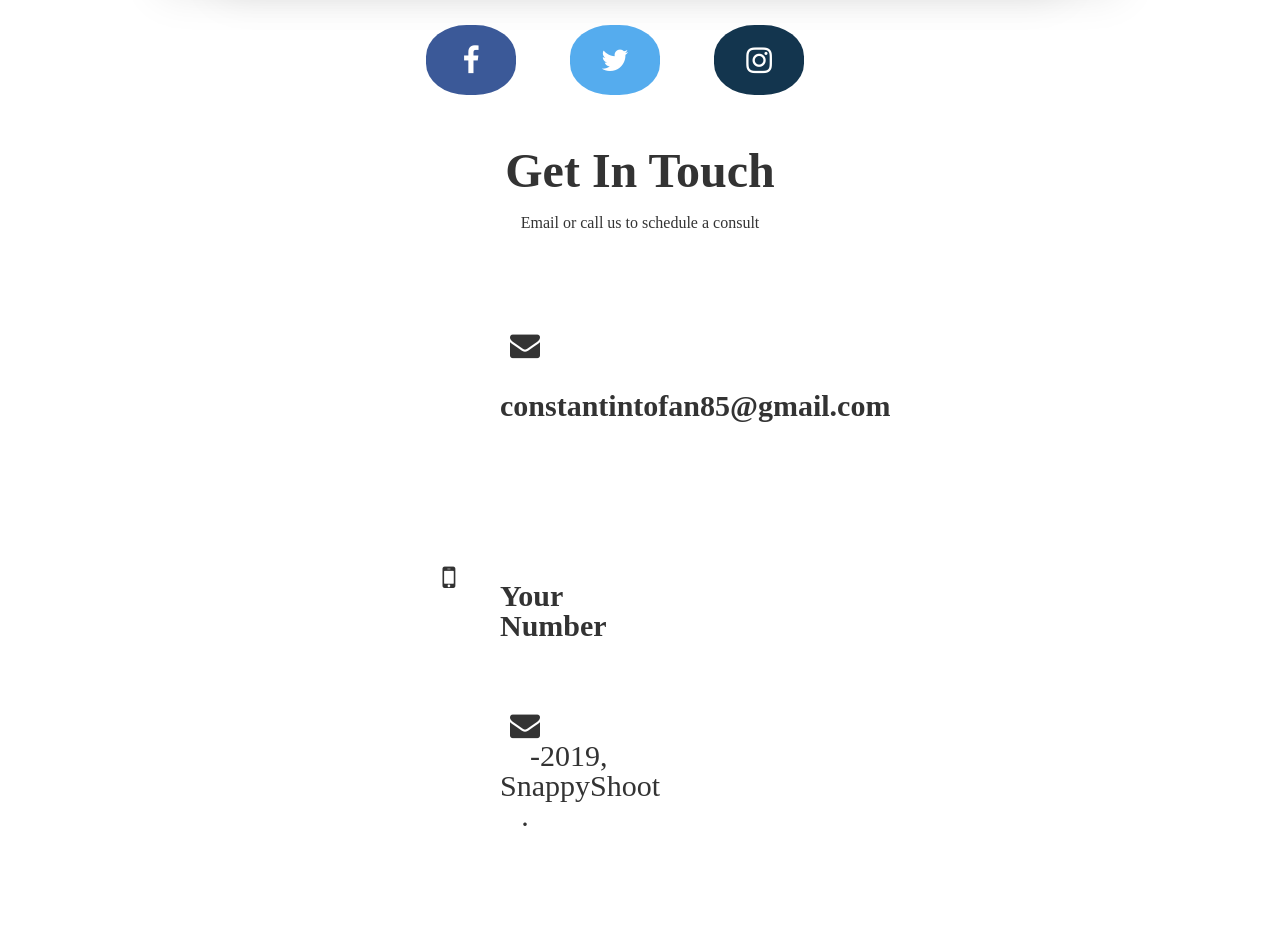
Repository: konstantin0s/mobile-photography
Page: index.html
These files come from the project's save history. The page is drawn as it stood at one moment and after the next save; the edit follows.
The browser window is 1280 px wide. The pictures show the part of the page from y = 4242 to 5194 px (the page is 5194 px tall before and 4824 px after).

Above is the page before, as saved 2019-05-16 20:32:46.

### index.html
<!DOCTYPE html>
<html lang="en" dir="ltr">
  <head>
    <meta charset="utf-8">
    <meta name="viewport" content="width=device-width, initial-scale=1.0">
    <meta http-equiv="X-UA-Compatible" content="ie=edge">
    <link rel="stylesheet" href="https://cdnjs.cloudflare.com/ajax/libs/font-awesome/4.7.0/css/font-awesome.min.css">
    <link rel="stylesheet" href="css/style.css">

    <title>Mobile Photography</title>
  </head>
  <body>
<main>
  <div id="landing" class="">
    <div id="landing-text" class="">
      <div id="landing-text-inner" class="">
       <img id="logo" src="img/snapp.png" />
       <h1>Photography</h1>
        <a href="#images" class="btn" id="view-work">
          View Work
        </a>
      </div>
    </div>
    <div id="landing-image" class="">

    </div>
  </div>

  <div id="images" class="">
<div id="header">
  <h2>Our Work</h2>
</div>
<img src="https://source.unsplash.com/1600x900/?nature,water" alt="">
<div class="caption">
  <h3>Photo One</h3>
  <p>
    Lorem ipsum dolor sit amet, consectetur adipisicing elit, sed do eiusmod tempor incididunt ut labore et dolore magna aliqua. Ut enim ad minim veniam, quis nostrud exercitation ullamco laboris nisi ut aliquip ex ea commodo consequat. Duis aute irure dolor in reprehenderit in voluptate velit esse cillum dolore eu fugiat nulla pariatur. Excepteur sint occaecat cupidatat non proident, sunt in culpa qui officia deserunt mollit anim id est laborum.

  </p>
</div>

<img src="https://source.unsplash.com/1600x900/?nature,clouds" alt="">
<div class="caption">
  <h3>Photo Two</h3>
  <p>
    Lorem ipsum dolor sit amet, consectetur adipisicing elit, sed do eiusmod tempor incididunt ut labore et dolore magna aliqua. Ut enim ad minim veniam, quis nostrud exercitation ullamco laboris nisi ut aliquip ex ea commodo consequat. Duis aute irure dolor in reprehenderit in voluptate velit esse cillum dolore eu fugiat nulla pariatur. Excepteur sint occaecat cupidatat non proident, sunt in culpa qui officia deserunt mollit anim id est laborum.

  </p>
</div>

<img src="https://source.unsplash.com/1600x900/?nature,animals" alt="">
<div class="caption">
  <h3>Photo Three</h3>
  <p>
    Lorem ipsum dolor sit amet, consectetur adipisicing elit, sed do eiusmod tempor incididunt ut labore et dolore magna aliqua. Ut enim ad minim veniam, quis nostrud exercitation ullamco laboris nisi ut aliquip ex ea commodo consequat. Duis aute irure dolor in reprehenderit in voluptate velit esse cillum dolore eu fugiat nulla pariatur. Excepteur sint occaecat cupidatat non proident, sunt in culpa qui officia deserunt mollit anim id est laborum.

  </p>
</div>

<img src="https://source.unsplash.com/1600x900/?nature,trees" alt="">
<div class="caption">
  <h3>Photo Four/h3>
  <p>
    Lorem ipsum dolor sit amet, consectetur adipisicing elit, sed do eiusmod tempor incididunt ut labore et dolore magna aliqua. Ut enim ad minim veniam, quis nostrud exercitation ullamco laboris nisi ut aliquip ex ea commodo consequat. Duis aute irure dolor in reprehenderit in voluptate velit esse cillum dolore eu fugiat nulla pariatur. Excepteur sint occaecat cupidatat non proident, sunt in culpa qui officia deserunt mollit anim id est laborum.

  </p>
</div>

<img src="https://source.unsplash.com/1600x900/?nature,flowers" alt="">
<div class="caption">
  <h3>Photo Five</h3>
  <p>
    Lorem ipsum dolor sit amet, consectetur adipisicing elit, sed do eiusmod tempor incididunt ut labore et dolore magna aliqua. Ut enim ad minim veniam, quis nostrud exercitation ullamco laboris nisi ut aliquip ex ea commodo consequat. Duis aute irure dolor in reprehenderit in voluptate velit esse cillum dolore eu fugiat nulla pariatur. Excepteur sint occaecat cupidatat non proident, sunt in culpa qui officia deserunt mollit anim id est laborum.

  </p>
</div>

  </div>

</main>

<footer>
   <div class="socialIcon">
      <a href="https://www.facebook.com/konstantine.tofan" target="_blank" class="fa fa-facebook"></a>
    <a href="https://twitter.com/konstofan" target="_blank" class="fa fa-twitter"></a>
    <a href="https://www.instagram.com/allwaysunny/" target="_blank" class="fa fa-instagram"></a>
   </div>

  <h3>Get In Touch</h3>
  <p>Email or call us to schedule a consult</p>
 <div class="container">
    <i class="fa fa-envelope fa-5x" aria-hidden="true"></i<br />
      <p><strong>constantintofan85@gmail.com</strong>
    </p> <br />
    <i class="fa fa-mobile fa-5x" aria-hidden="true"></i>
     <p> <strong>Your Number</strong></p>
 </div>
 &copy;<script>new Date().getFullYear()>2010&&document.write("-"+new Date().getFullYear());</script>, SnappyShoot .
</footer>
<script
src="https://code.jquery.com/jquery-3.3.1.min.js"
integrity="sha256-FgpCb/KJQlLNfOu91ta32o/NMZxltwRo8QtmkMRdAu8="
crossorigin="anonymous"></script>
<script type="text/javascript" src="js/main.js">

</script>
  </body>
</html>

### css/style.css
import url('https://fonts.googleapis.com/css?family=Open+Sans');

body {
  font-family: 'Open Sans', sans-serif;
  margin: 0;
  background-color: #eee;
  height: auto;
}

h1{
  font-weight: 400;
  font-size: 2.5rem;
  text-transform: uppercase;
  margin: 0;
  border-bottom: 1px solid black;
  top: -90px;
  position: relative;
}

h2 {
  font-weight: 400;
  font-size: 1.2rem;
  text-transform: capitalize;
  margin: 0;
}

img {
  display: block;
  width: 100%;
}

#logo {
  top: -80px;
  position: relative;
}

main {
  max-width: 900px;
  margin: auto;
  box-shadow: 30px 0px 40px rgba(0,0,0,0.1), -30px 0px 40px rgba(0,0,0,0.1);
}

#landing {
  background: #fff;
  }

#landing-text {
display: flex;
flex: 0 1 40vw;
height: 50vh;
justify-content: center;
align-items: center;
text-align: center;
padding-right: 1rem;
padding-left: 1rem;
}

#landing-text h2 {
  color: #888;
}
.btn {
  padding: 0.5rem 2rem;
  border: 1px #ccc solid;
  display: inline-block;
  margin: 2rem 0 0;
  border-radius: 50px;
  text-decoration: none;
  color: #333;
  transition: background 500ms ease;
}

#landing-image {
  background: url(https://source.unsplash.com/De8wMYoSSBc);
  background-position: center;
  background-size: cover;
  background-repeat: no-repeat;
  height: 50vh;
  flex: 0 1 60vw;
  margin: 0;
}

.btn:hover {
  background: #f4f4f4;
}

#header {
  padding: 1.5rem;
  text-align: center;
  background: #333;
  color: #fff;
}

#header h2 {
  border-left: dotted 1px #fff;
  border-right: dotted 1px #fff;
display: inline-block;
padding-right: 1rem;
padding-left: 1rem;
}

.caption {
  padding: 0.8rem;
  text-align: center;
}

footer {
  text-align: center;
  padding: 2rem 1rem;
  margin: auto;
  color: #333;
}

footer h3 {
  font-size: 3rem;
  margin-bottom: 0;
}

.fa {
  padding: 20px;
  margin-right: 50px;
  font-size: 30px;
  width: 50px;
  text-align: center;
  text-decoration: none;
  border-radius: 45%;
}

/* Add a hover effect if you want */
.fa:hover {
  opacity: 0.7;
}

/* Set a specific color for each brand */

/* Facebook */
.fa-facebook {
  background: #3B5998;
  color: white;
}

/* Twitter */
.fa-twitter {
  background: #55ACEE;
  color: white;
}

/* Instagram */
.fa-instagram {
  background: rgb(19, 53, 78);
  color: white;
}

/* Email & Phone*/

.fa-envelope {
  position: relative;
  left:-90px;
 top: 62px;
}

.fa-mobile {
  position: relative;
  left:-96px;
 top: 62px;
}

.container {
  display: flex;
 flex-direction: column;
 justify-content: space-evenly;
 align-items: center;
}

/* Screen size 500px and up*/
@media(min-width: 500px) {
  #landing {
    display: flex;
    height: 100%;
  }
  #landing-text {
    height: 100vh;
  }
  #landing-image {
    height: 100vh;
  }
}

/* Screen size 700px and up*/
@media(min-width: 700px) {
  .btn {
    padding: 1rem 3rem;
  }
}

/* Screen size 500px and up*/
@media(max-width: 500px) {
  .btn {
    padding: 1rem 3rem;
  }


  #logo {
    display: flex;
    width: 200px;
    height: 150px;
    flex-direction: column;
    top: -30px;
    position: relative;
  }

  h1 {

    flex-direction: column;
    top: -20px;
  font-size: 28px;
  border-bottom: 1px solid black;
  }

  .fa {
    padding: 15px;
    margin-right: 80px;
    font-size: 50px;
    width: 35px;
    text-align: center;
    text-decoration: none;
    border-radius: 35%;
  }
  .socialIcon {
    display: flex;
    justify-content: space-around;
    flex-direction: row;
    width: 100%;

    position: relative;
    top: 20px;
    left: 40px;
  }


}

### js/main.js
//animate smooth scroll
$('#view-work').on('click', function() {
  const images = $('#images').position().top;

  $('html, body').animate({
    scrollTop: images
  }, 900)
});

After the next save:
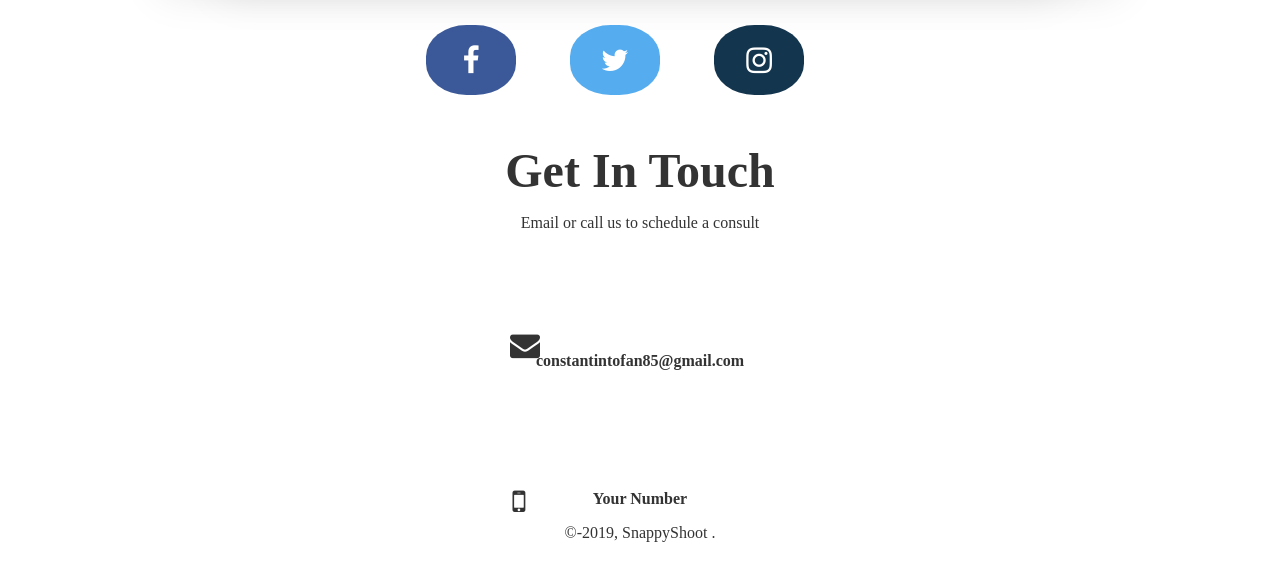
Saved 24 s later.
--- a/index.html
+++ b/index.html
@@ -89,7 +89,7 @@
   <h3>Get In Touch</h3>
   <p>Email or call us to schedule a consult</p>
  <div class="container">
-    <i class="fa fa-envelope fa-5x" aria-hidden="true"></i<br />
+    <i class="fa fa-envelope fa-5x" aria-hidden="true"></i> <br />
       <p><strong>constantintofan85@gmail.com</strong>
     </p> <br />
     <i class="fa fa-mobile fa-5x" aria-hidden="true"></i>
